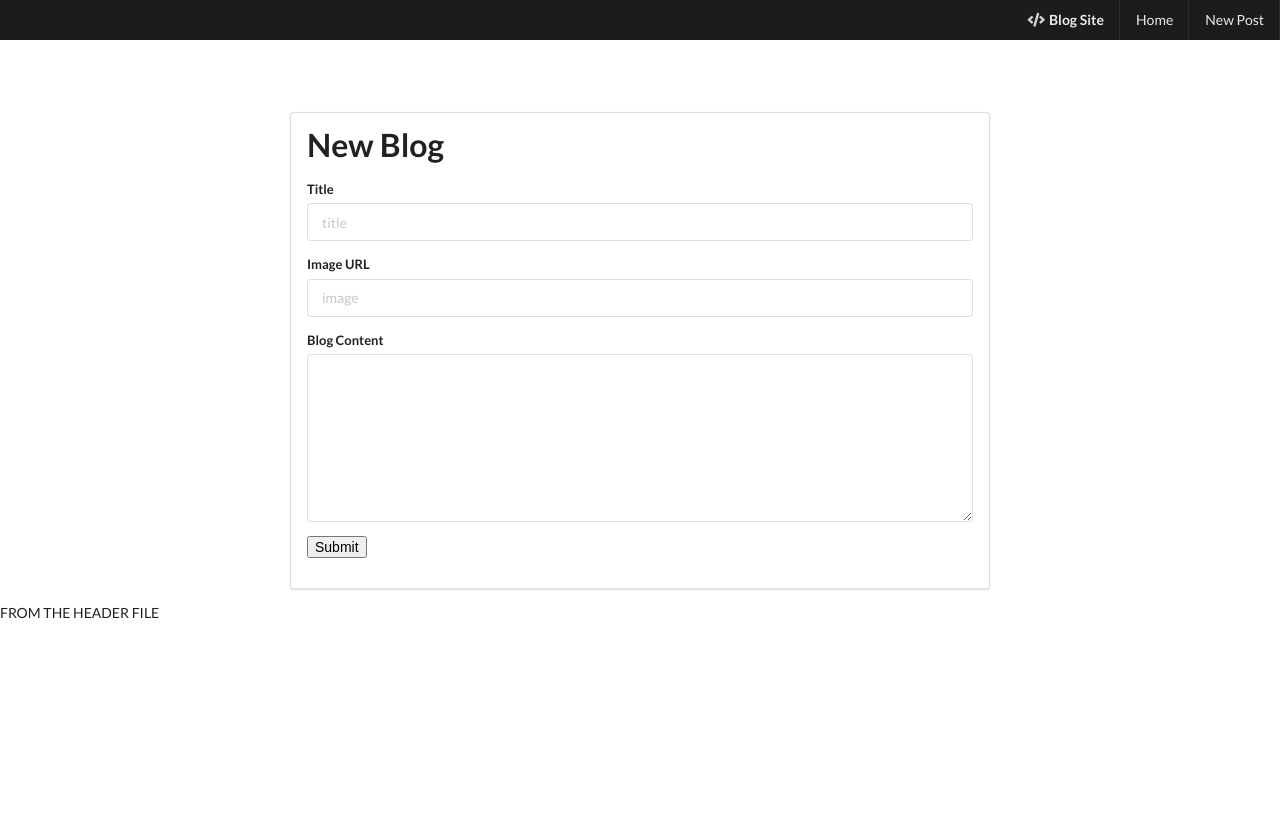
Repository: Patrick-Erath/Aplusmazing
Page: http://localhost/blogs/new
The author's editor kept a record of every edit. The page is drawn from the files as they stood at one moment, then again after the next edit.
The browser window is 1280 px wide. The pictures show the whole page.
Some web libraries are served in a nearby version. The page is served by the project's Node server (RESTful/RESTfulBlogApp/app.js).

Above is the page before.

### workspace/RESTful/RESTfulBlogApp/views/new.ejs
<% include ./partials/header %>
<div class="ui main text container segment">
    <div class="ui huge header">New Blog</div>
    <form class="ui form" action="/blogs" method="POST">
        <div class="field">
            <label>Title</label>
            <input type="text" name="blog[title]" placeholder="title">
        </div>
        <div class="field">
            <label>Image URL</label>
            <input type="text" name="blog[image]" placeholder="image">
        </div>
         <div class="field">
            <label>Blog Content</label>
            <textarea name="blog[body]"></textarea>
        </div>
        <input type="submit">
    </form>
</div>

<% include ./partials/footer %>

### workspace/RESTful/RESTfulBlogApp/views/partials/header.ejs
<html>
    <head>
        <link rel="stylesheet" type="text/css" href="https://cdnjs.cloudflare.com/ajax/libs/semantic-ui/2.3.3/semantic.min.css">
                <link rel="stylesheet" type="text/css" href="/stylesheets/app.css">

        <title>Blog App</title>
    </head>
        <p></p>
    <body>
        <div class="ui fixed inverted menu">
            <div class="ui container"></div>
                <div class="header item"><i class="code icon"></i>Blog Site</div>
                <a href="/" class="item">Home</a>
                <a href="/blogs/new" class="item">New Post</a>
            </div>
        </div>

### workspace/RESTful/RESTfulBlogApp/views/partials/footer.ejs
<html>
    <head>
        <title>Blog App</title>
    </head>
        <p>FROM THE HEADER FILE</p>

</html>

### workspace/RESTful/RESTfulBlogApp/app.js
var express = require("express"),
    app     = express(),
    mongoose = require("mongoose"),
    bodyParser = require("body-parser"),
    expressSanitizer = require("express-sanitizer"),
    methodOverride = require("method-override");

// APP CONFIG
mongoose.connect("mongodb://localhost:27017/restful_blog_app", { useNewUrlParser: true });
app.set("view engine", "ejs");
app.use(express.static("public"));
app.use(bodyParser.urlencoded({extended: true}));
app.use(methodOverride("_method"));
app.use(expressSanitizer()); // Has to go after body-parser

// MONGOOSE/MODEL CONFIG
var blogSchema = new mongoose.Schema({
    title: String,
    body: String,
    image: String,
    created:  {type: Date, default: Date.now}
});
var Blog=mongoose.model("Blog", blogSchema);

// RESTFUL ROUTES
app.get("/", function(req, res){
    res.redirect("/blogs");
});

// INDEX ROUTE
app.get("/blogs", function(req, res){
    Blog.find({}, function(err, blogs){
        if(err){
            console.log("ERROR!");
        }
        else{
            res.render("index", {blogs: blogs});
        }
    });
});

// NEW ROUTE
app.get("/blogs/new", function(req, res){
    res.render("new");
});

// CREATE ROUTE
app.post("/blogs", function(req, res){
    // create blog
    console.log(req.body);
    req.body.blog.body = req.sanitize(req.body.blog.body);
    console.log("========");
    console.log(req.body);
    Blog.create(req.body.blog, function(err, newBlog){
        if(err){
            res.render("new");
        }
        else{
            // then, redirect to index
            res.redirect("/blogs");
        }
    });
});

// SHOW ROUTE
app.get("/blogs/:id", function(req, res){
    Blog.findById(req.params.id, function(err, foundBlog){
        if(err){
            res.redirect("/body");
        }
        else{
            res.render("show", {blog: foundBlog});
        }
    })
});

// EDIT ROUTE
app.get("/blogs/:id/edit", function(req, res){
    Blog.findById(req.params.id, function(err, foundBlog){
        if(err){
            res.redirect("/blogs");
        }
        else{
            res.render("edit", {blog: foundBlog});
        }
    });
});

// UPDATE ROUTE
app.put("/blogs/:id", function(req, res){
    Blog.findByIdAndUpdate(req.params.id, req.body.blog, function(err, updatedBlog){
        if(err){
            res.redirect("/blogs");
        }
        else{
            res.redirect("/blogs/"+req.params.id);
        }
    })
});

// DELETE ROUTE
app.delete("/blogs/:id", function(req, res){
    // Destroy blog
    Blog.findByIdAndRemove(req.params.id, function(err){
        if(err){
            res.redirect("/blogs");
        }
        else{
             res.redirect("/blogs");
        }
    })
    // Redirect somewhere

});


app.listen(process.env.PORT, process.env.IP, function(){
    console.log("APP FUCKING WORKS");
});

### workspace/RESTful/RESTfulBlogApp/public/stylesheets/app.css
icon {
    font-size: 2em;
}

.container.main{
  margin-top: 7.0em;
}

img{
    width:330px;
}

#delete {
    display: inline;
}

After the next edit:
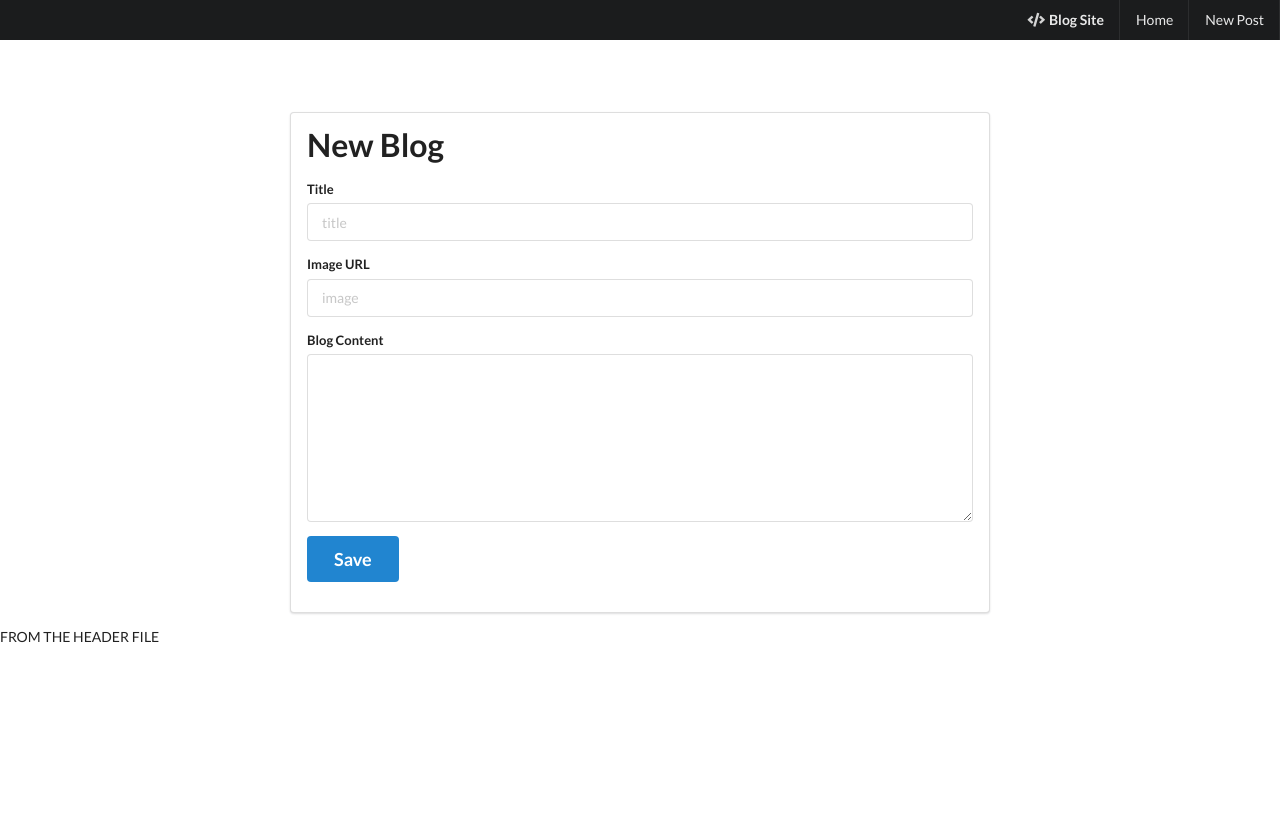
The edit:
--- a/workspace/RESTful/RESTfulBlogApp/views/new.ejs
+++ b/workspace/RESTful/RESTfulBlogApp/views/new.ejs
@@ -14,7 +14,9 @@
             <label>Blog Content</label>
             <textarea name="blog[body]"></textarea>
         </div>
-        <input type="submit">
+        <button class="ui big primary button">
+        Save
+        </button>
     </form>
 </div>
 
